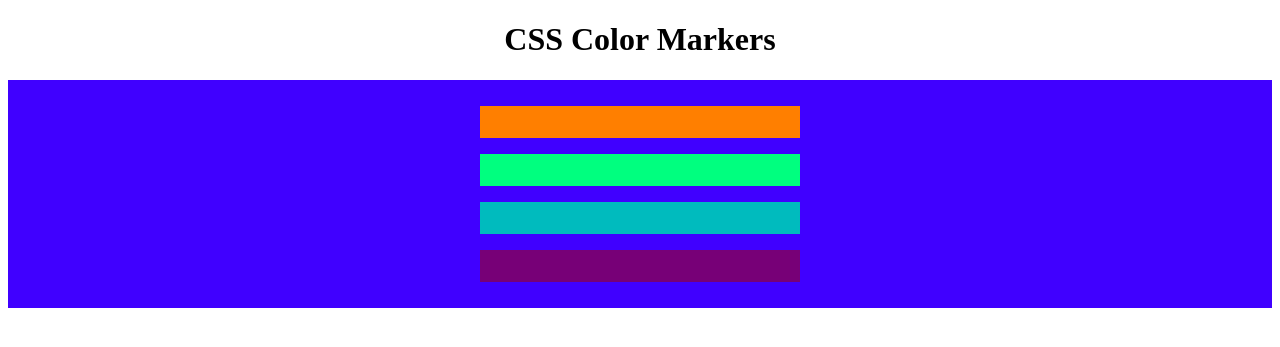
Repository: Lungdjos/color_markers
Page: index.html
An editor plug-in stored every save of this project. The page is shown before and after a run of saves, followed by the edit.
The browser window is 1280 px wide. The pictures show the whole page.

Above is the page before, as saved 2023-09-14 18:34:29.

### index.html
<!DOCTYPE html>
<html lang="en">

<head>
    <meta charset="UTF-8">
    <meta name="viewport" content="width=device-width, initial-scale=1.0">
    <title>Colored Markers</title>
    <link rel="stylesheet" href="styles.css">
</head>

<body>
    <h1>CSS Color Markers</h1>
    <div class="container">
        <div class="marker orange"></div>
        <div class="marker green"></div>
        <div class="marker cyan"></div>
        <div class="marker purple"></div>
    </div>
</body>

</html>

### styles.css
/* STYLING */

h1 {
    text-align: center;
}

.marker {
    /* background-color: red; */
    width: 320px;
    height: 32px;
    margin: 16px auto;
}

.orange {
    background-color: rgb(255, 127, 0);
}

.green {
    background-color: rgb(0, 255, 127);
}

.cyan {
    background-color: #00bbbe;
}

.purple {
    background-color: #707;
}

.container {
    background-color: hsl(255, 100%, 50%);
    margin: auto;
    padding: 10px 0px;
}

After the next 3 saves:
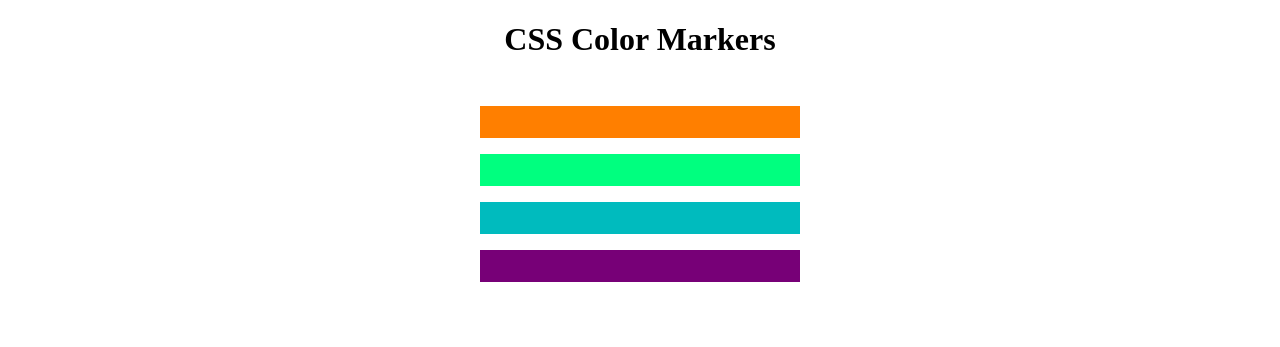
The 3 saves are shown as one change because they came seconds apart.
The last was saved 12 s later.
--- a/styles.css
+++ b/styles.css
@@ -28,7 +28,7 @@ h1 {
 }
 
 .container {
-    background-color: hsl(255, 100%, 50%);
+    background-color: hsl(255, 100%, 100%);
     margin: auto;
     padding: 10px 0px;
 }
